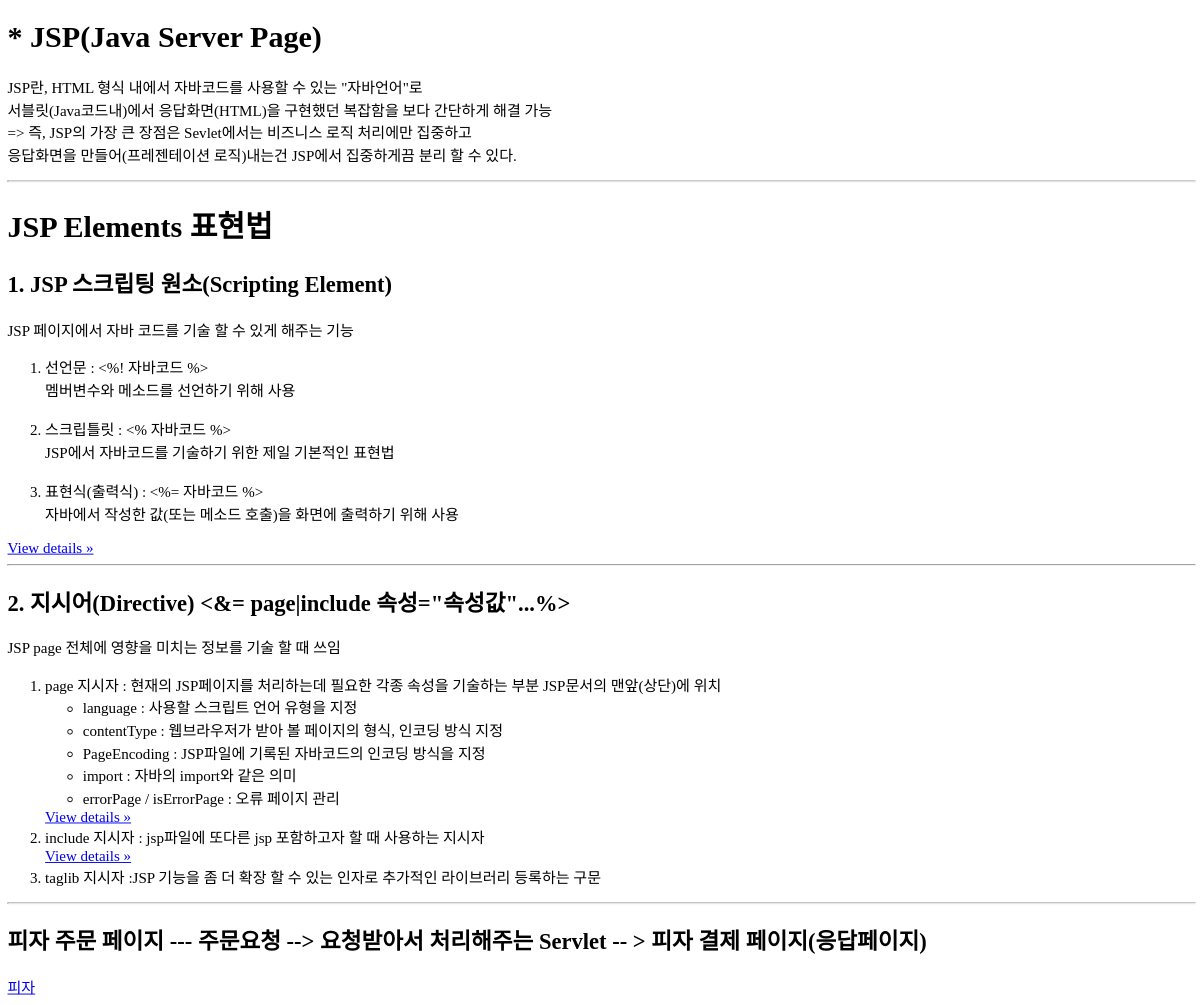
Repository: pje00427/webserver_workspace1
Page: 2_JSP/WebContent/index.html
The author's editor kept a copy of each file at every save. The page is drawn from the files as they stood at one save, then again after the next save.
The browser window is 1280 px wide. The pictures show the whole page, at 94% of full size.

Above is the page before, as saved 2020-08-31 06:38:21.

### 2_JSP/WebContent/index.html
<!DOCTYPE html>
<html>
<head>
<meta charset="UTF-8">
<title>Insert title here</title>
</head>
<body>

	<h1>* JSP(Java Server Page)</h1>

	<p>
		JSP란, HTML 형식 내에서 자바코드를 사용할 수 있는 "자바언어"로 <br>
		서블릿(Java코드내)에서 응답화면(HTML)을 구현했던 복잡함을 보다 간단하게 해결 가능<br>
		=> 즉, JSP의 가장 큰 장점은 Sevlet에서는 비즈니스 로직 처리에만 집중하고 <br>
		    응답화면을 만들어(프레젠테이션 로직)내는건 JSP에서 집중하게끔 분리 할 수 있다.
	</p>
	<hr>

	<h1>JSP Elements 표현법</h1>  <!-- 필기확인하기 -->

	<h2>1. JSP 스크립팅 원소(Scripting Element)</h2>
	<p>JSP 페이지에서 자바 코드를 기술 할 수 있게 해주는 기능</p>
	<ol>
		<li>
			선언문 : &lt;%! 자바코드 	%&gt; <br>
			멤버변수와 메소드를 선언하기 위해 사용 <br><br>
		</li>

		<li>
			스크립틀릿 : &lt;% 	자바코드 	%&gt; <br>
			JSP에서 자바코드를 기술하기 위한 제일 기본적인 표현법 <br><br>
		</li>
		<li>
			표현식(출력식) : &lt;%=  자바코드	%&gt;<br>
			자바에서 작성한 값(또는 메소드 호출)을 화면에 출력하기 위해 사용
		</li>

	</ol>

	<a href="views/01_ScriptingElement.jsp">View details &raquo;</a>
	<hr>

	<h2>2. 지시어(Directive) &lt;&= page|include 속성="속성값"...%&gt;</h2>
	<p>JSP page 전체에 영향을 미치는 정보를 기술 할 때 쓰임</p>

	<ol>
		<li>
			page 지시자 : 현재의 JSP페이지를 처리하는데 필요한 각종 속성을 기술하는 부분 JSP문서의 맨앞(상단)에 위치<br>
			<ul>
				<li>language : 사용할 스크립트 언어 유형을 지정</li>
				<li>contentType : 웹브라우저가 받아 볼 페이지의 형식, 인코딩 방식 지정</li>
				<li>PageEncoding : JSP파일에 기록된 자바코드의 인코딩 방식을 지정</li>
				<li>import : 자바의 import와 같은 의미</li>
				<li>errorPage / isErrorPage : 오류 페이지 관리</li>
			</ul>
			<a href="views/02_directivePage.jsp">View details &raquo;</a>
		</li>
		<li>
			include 지시자 : jsp파일에 또다른 jsp 포함하고자 할 때 사용하는 지시자 <br>
			<a href="views/03_directiveInclude.jsp">View details &raquo;</a>
		</li>
		<li>
			taglib 지시자 :JSP 기능을 좀 더 확장 할 수 있는 인자로 추가적인 라이브러리 등록하는 구문 <br>
		</li>
	</ol>

	<hr>
	<h2>피자 주문 페이지 --- 주문요청 --> 요청받아서 처리해주는 Servlet -- > 피자 결제 페이지(응답페이지)</h2>

	<a href="views/04_pizzaOrderForm.jsp">피자</a>

</body>
</html>

After the next save:
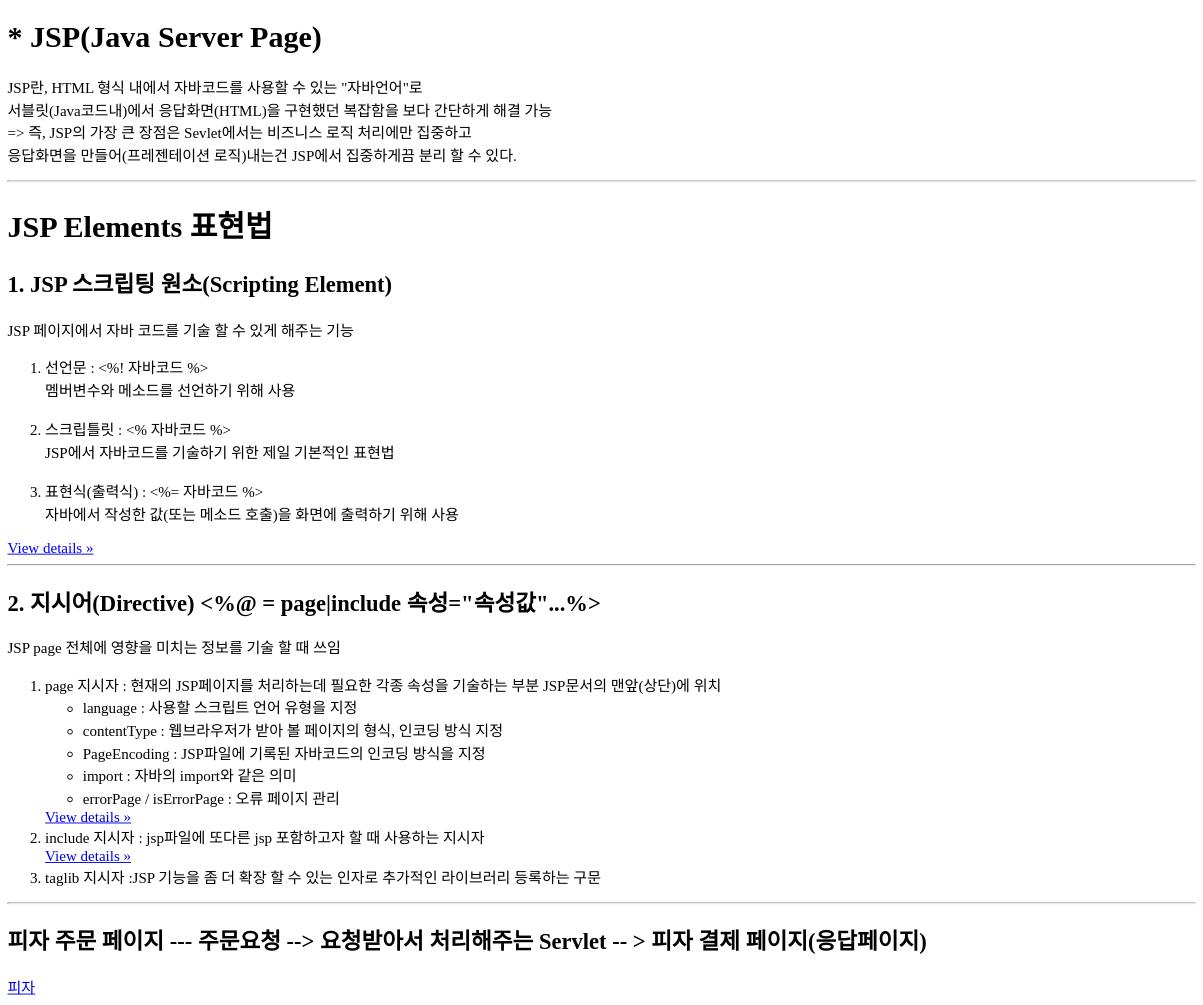
Saved 20 s later.
--- a/2_JSP/WebContent/index.html
+++ b/2_JSP/WebContent/index.html
@@ -40,7 +40,7 @@
 	<a href="views/01_ScriptingElement.jsp">View details &raquo;</a>
 	<hr>
 
-	<h2>2. 지시어(Directive) &lt;&= page|include 속성="속성값"...%&gt;</h2>
+	<h2>2. 지시어(Directive) &lt;%@ = page|include 속성="속성값"...%&gt;</h2>
 	<p>JSP page 전체에 영향을 미치는 정보를 기술 할 때 쓰임</p>
 
 	<ol>
